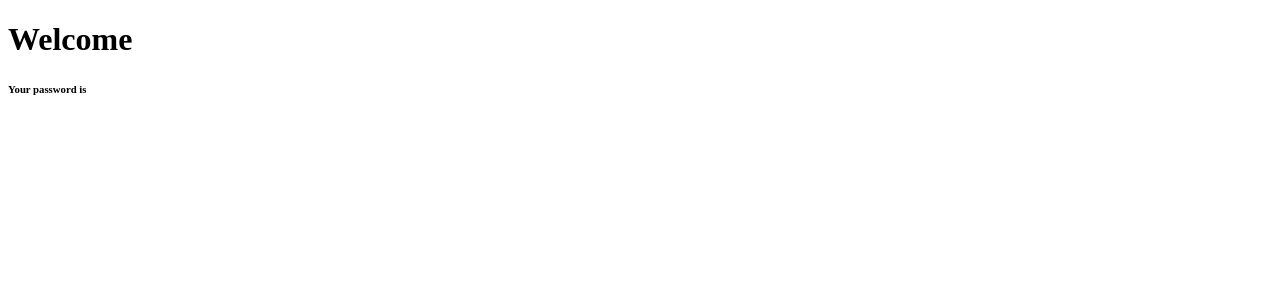
Repository: qazix/cs313
Page: http://localhost/inClassSignIn/welcome.jsp
An editor plug-in stored every save of this project. The page is shown before and after the next save, followed by the edit.
The browser window is 1280 px wide. The pictures show the whole page.
The page is served by Tomcat 9.

Above is the page before, as saved 2014-03-04 18:01:29.

After the next save:
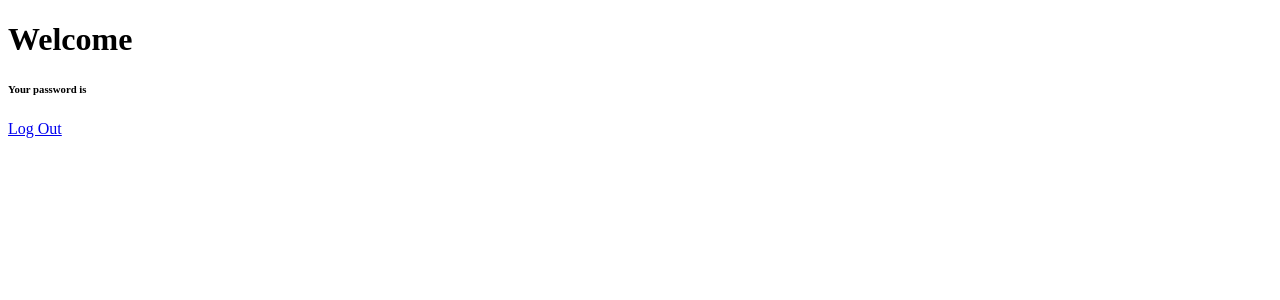
Saved 3 s later.
--- a/inClassSignIn/WebContent/welcome.jsp
+++ b/inClassSignIn/WebContent/welcome.jsp
@@ -9,5 +9,6 @@
 <body>
 	<h1>Welcome ${sessionScope.name}</h1>
 	<h6>Your password is ${sessionScope.pass}</h6>
+	<a href="/inClassSignIn/logout">Log Out</a>
 </body>
 </html>
